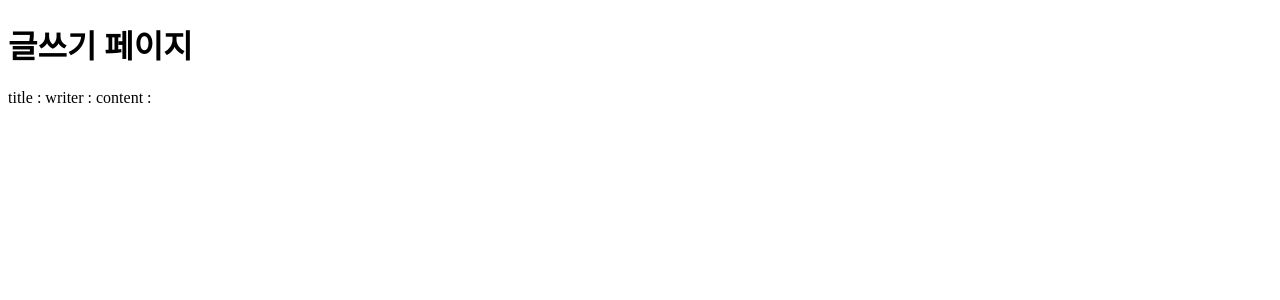
Repository: yangone8249/jsp_project
Page: http://localhost/jsp_project/board/register.jsp
These files come from the project's save history. The page is drawn as it stood at one moment and after a run of saves; the edit follows.
The browser window is 1280 px wide. The pictures show the whole page.
The page is served by Tomcat 9. Other server files are loaded and not shown.

Above is the page before, as saved 2023-05-16 05:32:32.

### jsp_project2/jsp_project/src/main/webapp/board/register.jsp
<%@ page language="java" contentType="text/html; charset=UTF-8"
    pageEncoding="UTF-8"%>
<!DOCTYPE html>
<html>
<head>
<meta charset="UTF-8">
<title>글쓰기 페이지</title>
</head>
<body>
	<h1>글쓰기 페이지</h1>

	<form action="/brd/insert" method="post">
	title :
	writer :
	content :
	</form>
</body>
</html>

After the next 3 saves:
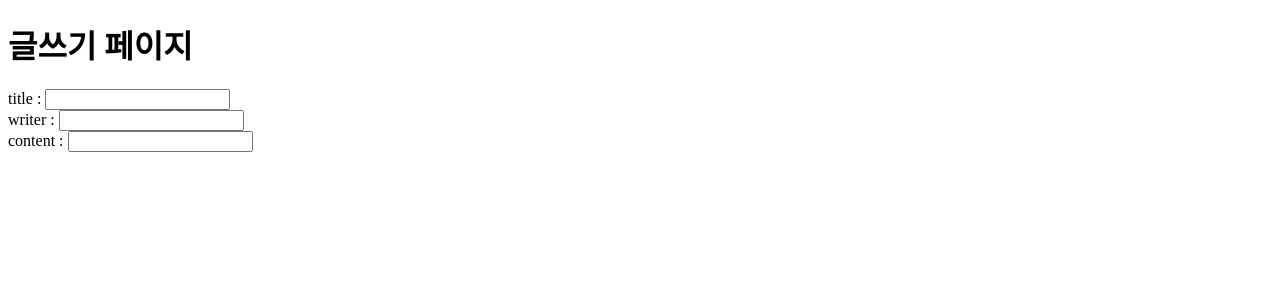
The 3 saves are shown as one change because they came seconds apart.
The last was saved 45 s later.
--- a/jsp_project2/jsp_project/src/main/webapp/board/register.jsp
+++ b/jsp_project2/jsp_project/src/main/webapp/board/register.jsp
@@ -10,9 +10,9 @@
 	<h1>글쓰기 페이지</h1>
 
 	<form action="/brd/insert" method="post">
-	title :
-	writer :
-	content :
+	title : <input type="text" name="title"><br>
+	writer : <input type="text" name="writer" value=""><br>
+	content : <input type="text" name="content"><br>
 	</form>
 </body>
 </html>
